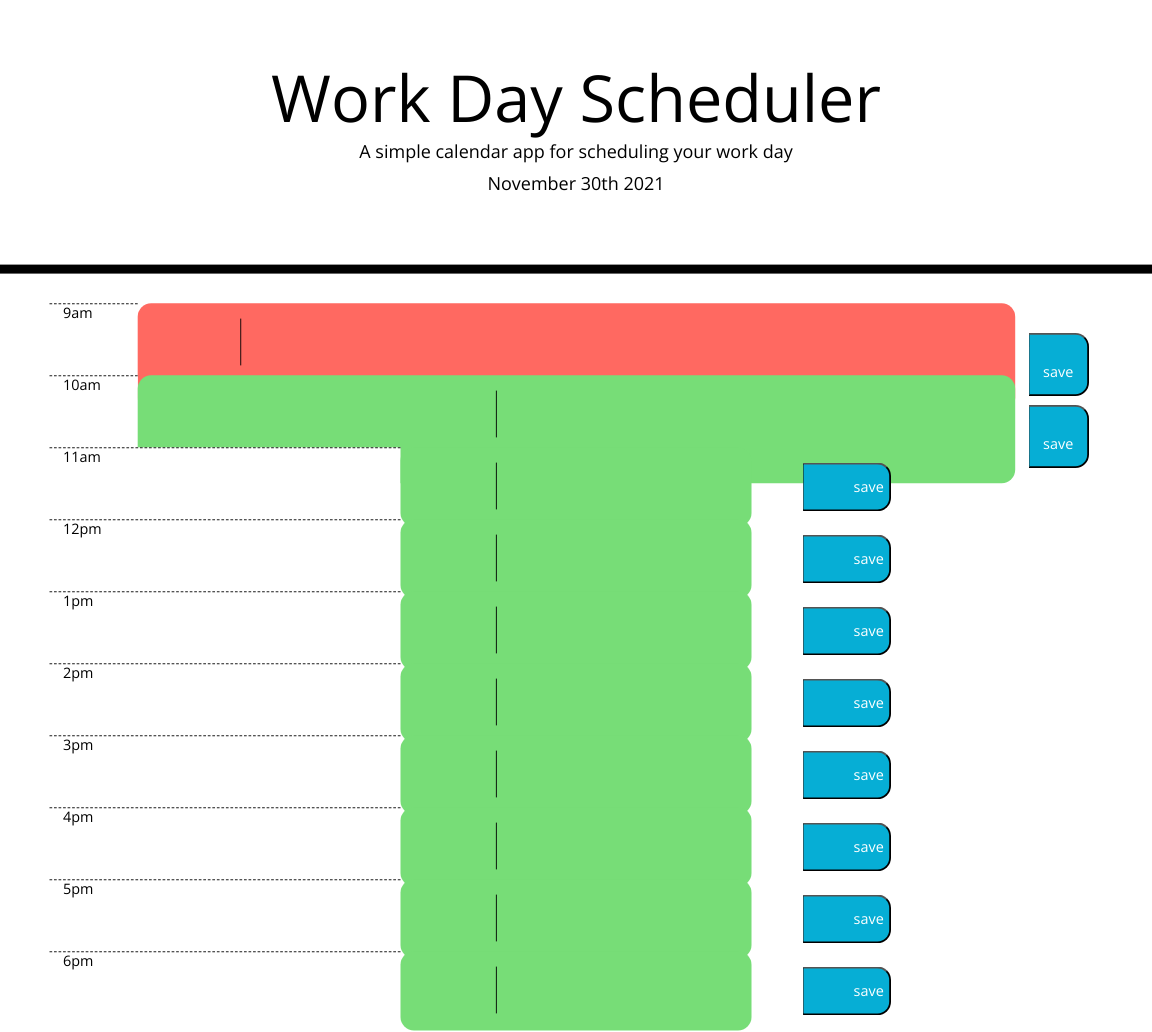
Repository: Naomilounsbury/work-day-scheduler
Page: index.html
These files come from the project's save history. The page is drawn as it stood at one moment and after the next save; the edit follows.
The browser window is 1280 px wide. The pictures show the whole page, at 90% of full size.
Some web libraries are served in a nearby version.

Above is the page before, as saved 2021-12-04 13:51:50.

After the next save:
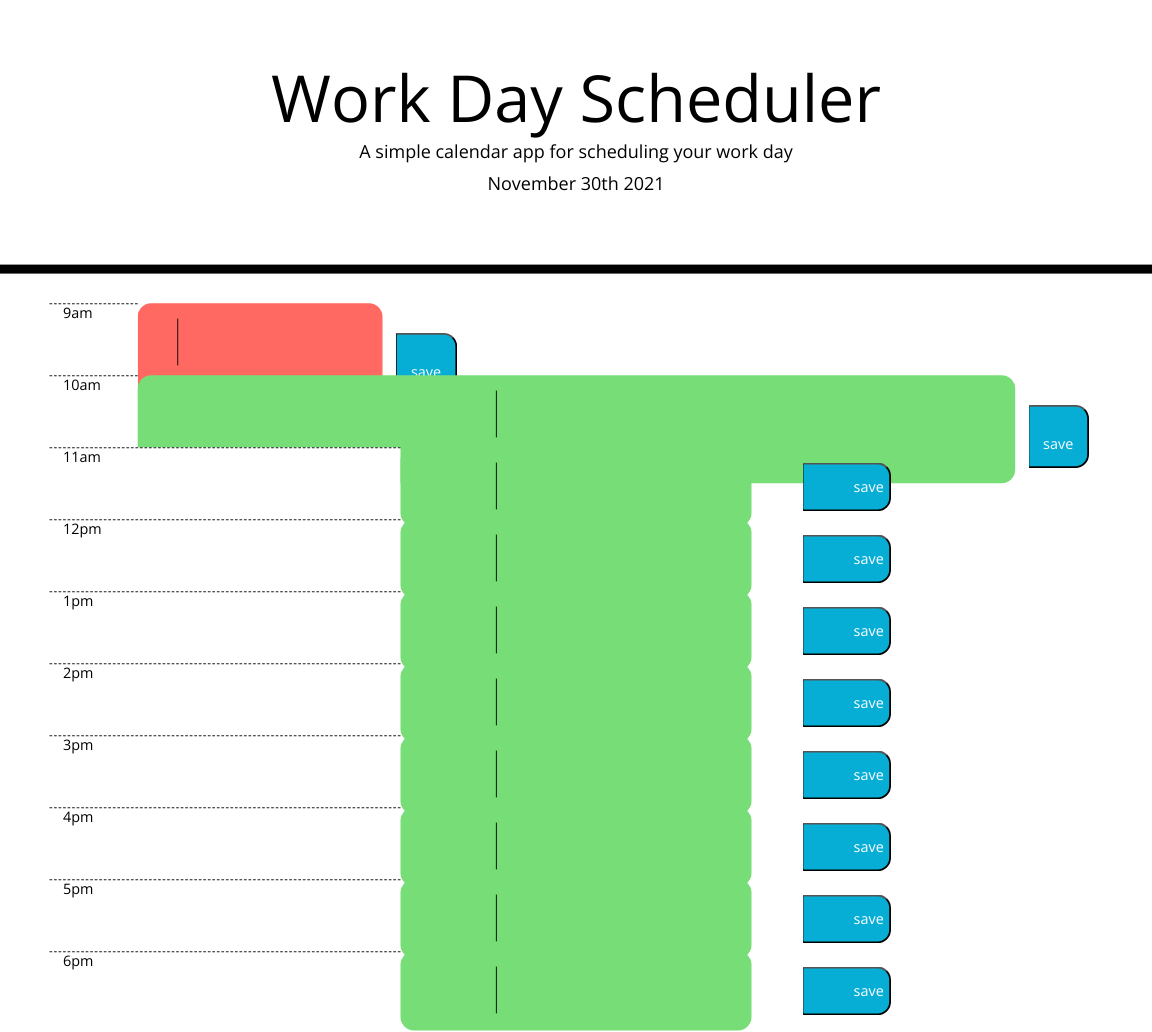
Saved 10 s later.
--- a/index.html
+++ b/index.html
@@ -24,7 +24,7 @@
     <table class="container">
       <tr class="row">
         <td class="hour col-lg-1">9am</td>
-        <td class="time-block col-lg-10" id="9">          <!-- all of my textareas are called btn which is ironic because they arent btns -->
+        <td class="time-block" id="9">          <!-- all of my textareas are called btn which is ironic because they arent btns -->
           <textarea id="btn9" class="col-lg-10">
           </textarea>
         </td>

After the save that followed:
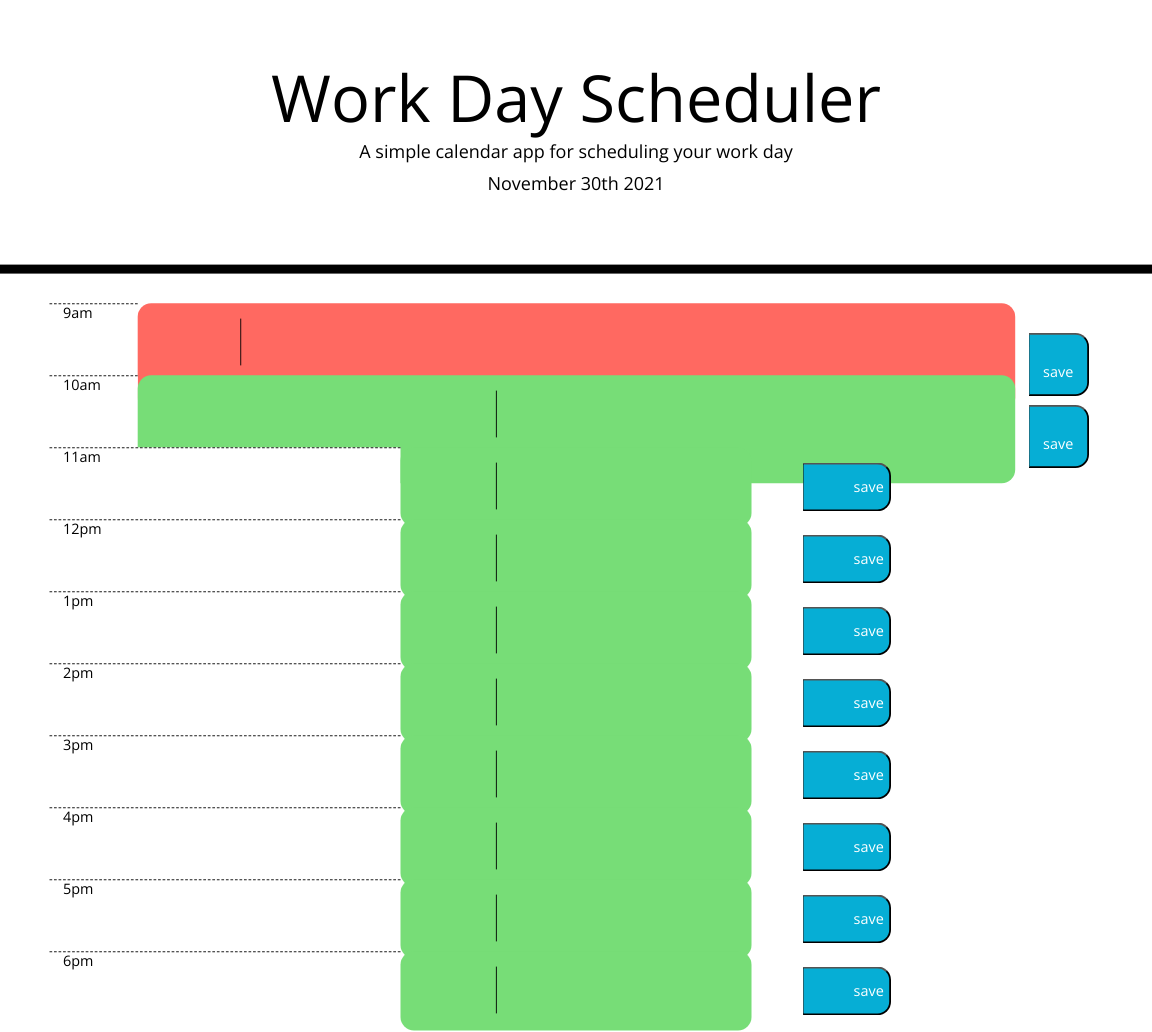
Saved 23 s later.
--- a/index.html
+++ b/index.html
@@ -24,7 +24,7 @@
     <table class="container">
       <tr class="row">
         <td class="hour col-lg-1">9am</td>
-        <td class="time-block" id="9">          <!-- all of my textareas are called btn which is ironic because they arent btns -->
+        <td class="time-block col-lg-10" id="9">          <!-- all of my textareas are called btn which is ironic because they arent btns -->
           <textarea id="btn9" class="col-lg-10">
           </textarea>
         </td>
